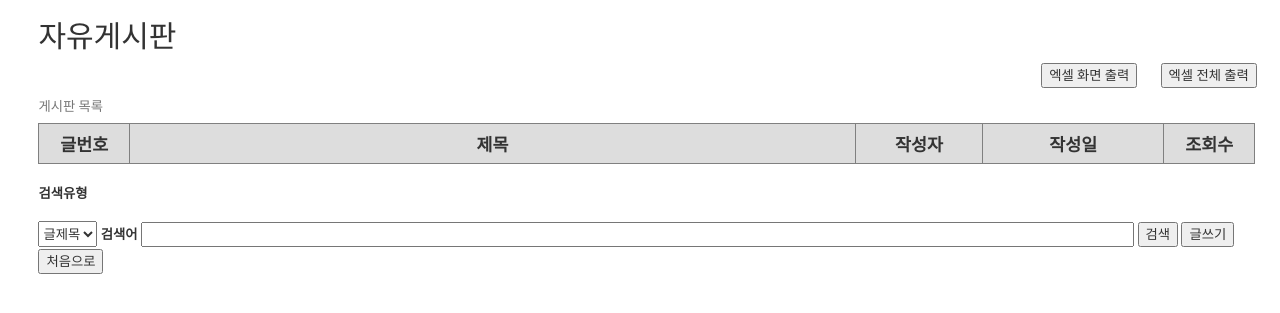
Repository: sser98/bowtech
Page: http://localhost/Board/WEB-INF/views/tiles1/board/list.jsp
The author's editor kept a copy of each file at every save. The page is drawn from the files as they stood at one save, then again after the next save.
The browser window is 1280 px wide. The pictures show the whole page.
The page is served by Tomcat 9. Nobody is signed in. Other server files are loaded and not shown. The template is opened directly, without the code that normally fills it, so the values that code supplies are empty.

Above is the page before, as saved 2021-03-09 09:24:11.

### Board/src/main/webapp/WEB-INF/views/tiles1/board/list.jsp
<%@ page language="java" contentType="text/html; charset=UTF-8"
    pageEncoding="UTF-8"%>

<%@ taglib prefix="c" uri="http://java.sun.com/jsp/jstl/core" %>
<%@ taglib prefix="fmt" uri="http://java.sun.com/jstl/fmt" %>
<%@ taglib prefix="fn" uri="http://java.sun.com/jsp/jstl/functions" %>
<% String ctxPath = request.getContextPath(); %>

  <script src="https://ajax.googleapis.com/ajax/libs/jquery/3.5.1/jquery.min.js"></script>
  <script src="https://maxcdn.bootstrapcdn.com/bootstrap/3.4.1/js/bootstrap.min.js"></script>
  <link rel="stylesheet" href="https://maxcdn.bootstrapcdn.com/bootstrap/3.4.1/css/bootstrap.min.css">

<style type="text/css">

	* {
		font-family: "제주고딕";
		font-size: 10pt;
	}

	th {
		font-size: 13pt;
	}

	td {
		font-family: "제주고딕";
		font-size: 10pt;
	}

   table, th, td {border: solid 1px gray;}


    #table {width: 98%; border-collapse: collapse;}
    #table th, #table td {padding: 5px;}
    #table th {background-color: #DDD;}
    .subjectStyle {font-weight: bold;
                   color: navy;
                   cursor: pointer;}


    #searchWord {
    	width: 80%;
    }

    tr {
    	height: 30pt;
    }

    div#mycontent {
	    min-height: 600px;
	    padding-top: 20px;
    }

</style>

<script type="text/javascript">

   $(document).ready(function(){


      $("span.subject").bind("mouseover", function(event){
         var $target = $(event.target);
         $target.addClass("subjectStyle");

      });


      $("span.subject").bind("mouseout", function(event){
         var $target = $(event.target);
         $target.removeClass("subjectStyle");
      });


      $("input#searchWord").keyup(function(event){
         if(event.keyCode == 13) {
            // 엔터를 했을 경우
            goSearch();
         }

      });

      $("div#displayList").hide();

     // === #107. 검색어 입력시 자동글 완성하기 2 === //
      $("div#displayList").hide();
      $("input#searchWord").keyup(function(){

         var wordLength = $(this).val().length;
         // 검색어의 길이를 알아온다.

         if(wordLength == 0) {
            $("div#displayList").hide();
            // 검색어 입력후 백스페이스키를 눌러서 검색어를 모두 지우면 검색된 내용이 안 나오도록 해야 한다.
         }

         else {
            $.ajax({
               url:"<%= request.getContextPath()%>/wordSearchShow.action",
               type:"GET",
               data:{"searchType":$("select#searchType").val()
                   ,"searchWord":$("input#searchWord").val()},
               dataType:"JSON",
               success:function(json){
                  // === #112. 검색어 입력시 자동글 완성하기 7 === //
                  if(json.length > 0) {
                     // 검색된 데이터가 있는 경우임.

                     var html = "";

                     $.each(json, function(index, item){
                        var word = item.word;
                        var index = word.toLowerCase().indexOf($("input#searchWord").val().toLowerCase());
                        var len = $("input#searchWord").val().length;
                        var result = "<span style='color:blue;'>"+word.substr(0, index)+"</span><span style='color:red;'>"+word.substr(index, len)+"</span><span style='color:blue;'>"+word.substr(index+len)+"</span>";
                        html += "<span style='cursor:pointer;' class='result'>"+result+"</span><br>";
                     });

                     $("div#displayList").html(html);
                     $("div#displayList").show();

                  }
               },

               error: function(request, status, error){
                  alert("code: "+request.status+"\n"+"message: "+request.responseText+"\n"+"error: "+error);
                }
            });
         }

      });// end of $("input#searchWord").keyup()-----------------


     // === #113. 검색어 입력시 자동글 완성하기 8 === //
      $(document).on("click",".result",function(){
         var word = $(this).text();
         $("input#searchWord").val(word); // 텍스트박스에 검색된 결과의 문자열을 입력해준다.
         $("div#displayList").hide();
         goSearch();
      });



      // 검색시 검색조건 및 검색어 값 유지시키기
      if( ${not empty paraMap} ) {  // 또는 if( ${paraMap != null} ) {
         $("select#searchType").val("${paraMap.searchType}");
         $("input#searchWord").val("${paraMap.searchWord}");
      }




	   ///// === Excel 파일로 다운받기 시작 === /////
	   $("button#btnAllExcel").click(function(){


		   alert("AllExcel을 클릭 하였습니다.");
		   var frm = document.searchFrm;
		   frm.method = "POST";
		   frm.action = "<%= request.getContextPath()%>/downloadExcelFile.action";
		   frm.submit();
	   });

	   ///// === Excel 파일로 다운받기 끝 === /////

	   ///// === Excel 파일로 다운받기 시작 === /////
	   $("button#btnPageExcel").click(function(){

		   $("input#downLoadType").val("Y");
		   alert("PageExcel을 클릭 하였습니다.");
		   var frm = document.searchFrm;
		   frm.method = "POST";
		   frm.action = "<%= request.getContextPath()%>/downloadExcelFile.action";
		   frm.submit();

		   $("input#downLoadType").val("");
	   });

	   ///// === Excel 파일로 다운받기 끝 === /////

   });// end of $(document).ready(function(){})-------------------


   function goView(seq) {

      // === #124. 페이징 처리되어진 후 특정 글제목을 클릭하여 상세내용을 본 이후
      //           사용자가 목록보기 버튼을 클릭했을때 돌아갈 페이지를 알려주기 위해
      //           현재 페이지 주소를 뷰단으로 넘겨준다.
      var frm = document.goViewFrm;
      frm.seq.value = seq;

      var word=$("input#searchWord").val();
      var type=$("select#searchType").val();

      $("input[name=type]").val(type);
      $("input[name=word]").val(word);

      frm.method = "GET";
      frm.action = "<%= ctxPath%>/view.action";
      frm.submit();

   }// end of function goView(seq){}----------------------------------------------


   function goSearch() {
      var frm = document.searchFrm;
      frm.method = "GET";
      frm.action = "<%= request.getContextPath()%>/list.action";
      frm.submit();
   }// end of function goSearch() {}-----------------------


   function Write() {

	   location.href="<%=ctxPath%>/add.action";
   }


   function list() {

	   location.href="<%=ctxPath%>/list.action";
   }








</script>


<div style="padding-left: 3%;">
   <h2 style="margin-top: 20px;">자유게시판</h2>
   	<button id="btnAllExcel" title="엑셀 화면 출력" style="float: right; margin-right: 17.4pt;">엑셀 전체 출력</button>
   	<button id="btnPageExcel" title="엑셀 전체 출력" style="float: right; margin-right: 17.4pt;">엑셀 화면 출력</button>
   <table summary="최신글 순서대로 나열되어 있는 글 제목과 작성자가 표시된 게시판 표"  id="table">
   	<caption>게시판 목록</caption>


      <tr>

         <th scope="rowgroup" class="number" style="width: 50px;  text-align: center;">글번호</th>
         <th scope="rowgroup" class="title"  style="width: 400px; text-align: center;">제목</th>
         <th scope="rowgroup" class="author" style="width: 70px;  text-align: center;">작성자</th>
         <th scope="rowgroup" class="registerdate" style="width: 100px; text-align: center;">작성일</th>
         <th scope="rowgroup" class="viewcount" style="width: 50px;  text-align: center;">조회수</th>
      </tr>



      <c:forEach var="boardvo" items="${boardList}" varStatus="i">

	      <c:set var="subjectVal" value="${boardvo.subject}"/>
	      <c:set var="date" value="${boardvo.regDate}"/>
	      <c:set var="status" value="${boardvo.status}"/>
	      <c:set var="m" value="${i.index}"/>
	      <c:set var="num" value="${number-m}"/>

        <%-- === 글이 삭제된 경우 === --%>
        <c:choose>
	        <c:when test="${boardvo.status == 0}">
	        	<tr>
            	<td align="center">${num}</td>
	          	<td align="left">

	               <%-- 답변글이 아닌 원글인 경우 --%>
	               <c:if test="${boardvo.depthno == 0}">
							<span class="subject" style="color: gray;">작성자에 의해 삭제된 글입니다.</span>
	               </c:if>

	               <%-- 답변글인 경우 --%>
	               <c:if test="${boardvo.depthno > 0}">
	                  <span class="subject" style="color: gray;"><span style=" font-style: italic; padding-left: ${boardvo.depthno * 20}px;">└Re&nbsp;</span>작성자에 의해 삭제된 글입니다.</span>
	               </c:if>
	            </td>

	             <%-- === 댓글쓰기 및 답변형 및 파일첨부가 있는 게시판 끝 === --%>
			     <td align="center"><c:out value="${boardvo.name}"></c:out></td>
			     <td align="center">${fn:substring(date,0,10)}</td>
			     <td align="center">${boardvo.readCount}</td>
			  </tr>
	      	 </c:when>

	      	 <c:otherwise>
	      		<tr>
            	<td align="center">${num}</td>
	          	<td align="left">

			          <%-- === 댓글쓰기 및 답변형 및 파일첨부가 있는 게시판 시작 === --%>

			          <%-- 첨부파일이 없는 경우 --%>
			          <c:if test="${boardvo.fileName eq '0'}">
			               <%-- 답변글이 아닌 원글인 경우 --%>
			               <c:if test="${boardvo.depthno == 0}">
			                  <c:if test="${boardvo.commentCount > 0}">
									<span class="subject" onclick="goView('${boardvo.seq}')"><c:out value="${subjectVal}"></c:out><span style="vertical-align: super;">[<span style="color: red; font-size: 9pt; font-style: italic; font-weight: bold;">${boardvo.commentCount}</span>]</span> </span>
			                  </c:if>

			                  <c:if test="${boardvo.commentCount == 0}">

			                  	<c:choose>
			                  	<c:when test="${fn:length(subjectVal) > 60}">
			                  		<span class="subject" onclick="goView('${boardvo.seq}')"><c:out value=" ${fn:substring(subjectVal,0,60)}..."></c:out> </span>
			                  	</c:when>

			                  	<c:otherwise>
			                  		<span class="subject" onclick="goView('${boardvo.seq}')"><c:out value="${boardvo.subject}"></c:out></span>
			                  	</c:otherwise>
			                  	</c:choose>
			                </c:if>
			          </c:if>


			               <%-- 답변글인 경우 --%>
			               <c:if test="${boardvo.depthno > 0}">

			                  <c:if test="${boardvo.commentCount > 0}">
			                  <span class="subject" onclick="goView('${boardvo.seq}')"><span style="color: red; font-style: italic; padding-left: ${boardvo.depthno * 20}px;">└Re&nbsp;</span>${boardvo.subject} <span style="vertical-align: super;">[<span style="color: red; font-size: 9pt; font-style: italic; font-weight: bold;">${boardvo.commentCount}</span>]</span> </span>
			                  </c:if>

			                  <c:if test="${boardvo.commentCount == 0}">
			                  <span class="subject" onclick="goView('${boardvo.seq}')"><span style="color: red; font-style: italic; padding-left: ${boardvo.depthno * 20}px;">└Re&nbsp;</span>${boardvo.subject}</span>
			                  </c:if>
			               </c:if>
			          </c:if>


			          <%-- 첨부파일이 있는 경우 --%>
			          <c:if test="${boardvo.fileName ne '0'}">

			               <%-- 답변글이 아닌 원글인 경우 --%>
			               <c:if test="${boardvo.depthno == 0}">

			                  <c:if test="${boardvo.commentCount > 0}">

			                  <span class="subject" onclick="goView('${boardvo.seq}')">${boardvo.subject} <span style="vertical-align: super;">[<span style="color: red; font-size: 9pt; font-style: italic; font-weight: bold;">${boardvo.commentCount}</span>]</span> </span> &nbsp;<img alt="첨부파일이 있는 글" src="<%= request.getContextPath()%>/resources/images/disk.gif" />
			                  </c:if>
			                  <c:if test="${boardvo.commentCount == 0}">
			                  <span class="subject" onclick="goView('${boardvo.seq}')">${boardvo.subject}</span> &nbsp;<img alt="첨부파일이 있는 글" src="<%= request.getContextPath()%>/resources/images/disk.gif" />
			                  </c:if>
			               </c:if>

			               <%-- 답변글인 경우 --%>
			               <c:if test="${boardvo.depthno > 0}">
			                  <c:if test="${boardvo.commentCount > 0}">
			                  <span class="subject" onclick="goView('${boardvo.seq}')"><span style="color: red; font-style: italic; padding-left: ${boardvo.depthno * 20}px;">└Re&nbsp;</span>${boardvo.subject} <span style="vertical-align: super;">[<span style="color: red; font-size: 9pt; font-style: italic; font-weight: bold;">${boardvo.commentCount}</span>]</span> </span> &nbsp;<img alt="첨부파일이 있는 글" src="<%= request.getContextPath()%>/resources/images/disk.gif" />
			                  </c:if>

			                  <c:if test="${boardvo.commentCount == 0}">
			                  <span class="subject" onclick="goView('${boardvo.seq}')"><span style="color: red; font-style: italic; padding-left: ${boardvo.depthno * 20}px;">└Re&nbsp;</span>${boardvo.subject}</span> &nbsp;<img alt="첨부파일이 있는 글" src="<%= request.getContextPath()%>/resources/images/disk.gif" />
			                  </c:if>
			               </c:if>
			          </c:if>


			     </td>
			     		<%-- === 댓글쓰기 및 답변형 및 파일첨부가 있는 게시판 끝 === --%>
			            <td align="center"><c:out value="${boardvo.name}"></c:out></td>
			            <td align="center">${fn:substring(date,0,10)}</td>
			            <td align="center">${boardvo.readCount}</td>
			  </tr>
			 </c:otherwise>
      	</c:choose>
      </c:forEach>
   </table>

   <%-- === #122. 페이지바 보여주기 === --%>
   <div align="center" style="width: 70%; border: solid 0px gray; margin: 20px auto;">
      ${pageBar}
   </div>


   <%-- ~~~~~~~~~~~~~~~~~~~~~~~~~~~~~~~~~~~~~~~~~~~~~~~~~~~
             페이징 처리되어진 후 특정 글제목을 클릭하여 상세내용을 본 이후
        사용자가 목록보기 버튼을 클릭했을때 돌아갈 페이지를 알려주기 위해
        현재 페이지 주소를 뷰단으로 넘겨준다. --%>


   <label for="searchType">검색유형</label>
   <form name="goViewFrm">
      <input type="hidden" name="seq" />
      <input type="hidden" name="gobackURL" style="width: 100%;" value="${gobackURL}"/>
   </form>

   <%-- === #101. 글검색 폼 추가하기 : 글제목, 글쓴이로 검색을 하도록 한다. === --%>
   <form name="searchFrm"  style="margin-bottom: 20px;">
      <select title="검색유형을 선택하세요" name="searchType" id="searchType" style="height: 26px;">
         <option value="subject" title="글제목" selected>글제목</option>
         <option value="name" title="글쓴이" >글쓴이</option>
      </select>

      <label for="searchWord">검색어</label>
      <input type="text" title="검색어 입력" name="searchWord" id="searchWord" size="40" autocomplete="off" />
      <input type="hidden" name="downLoadType" id="downLoadType"/>
      <button type="button" title="검색" onclick="goSearch();">검색</button>
      <button type="button" title="글쓰기 " onclick="Write();" >글쓰기</button>
      <button type="button" title="처음으로" onclick="list();" >처음으로</button>
   </form>

   <%-- === #106. 검색어 입력시 자동글 완성하기 1 === --%>
   <div id="displayList" style="border:solid 1px gray; border-top:0px; width:326px; height:100px; margin-left:70px; margin-top:-1px; overflow:auto;">
   </div>

</div>

After the next save:
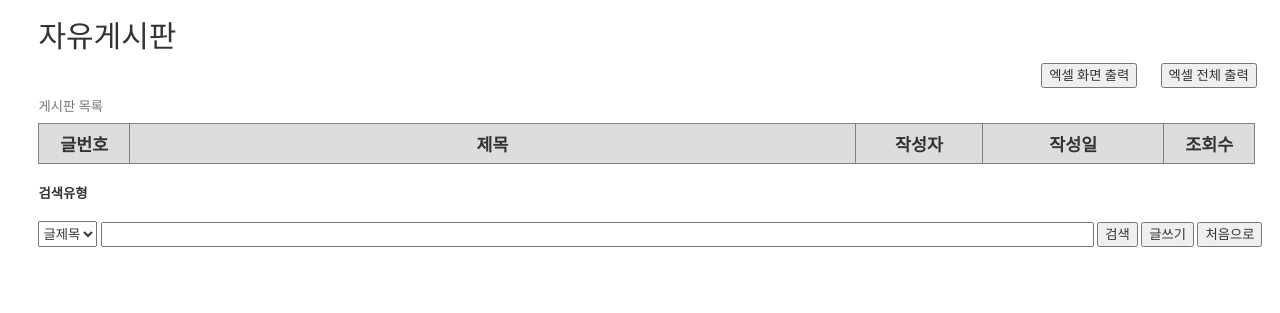
Saved 41 s later.
--- a/Board/src/main/webapp/WEB-INF/views/tiles1/board/list.jsp
+++ b/Board/src/main/webapp/WEB-INF/views/tiles1/board/list.jsp
@@ -389,7 +389,7 @@
          <option value="name" title="글쓴이" >글쓴이</option>
       </select>
 
-      <label for="searchWord">검색어</label>
+
       <input type="text" title="검색어 입력" name="searchWord" id="searchWord" size="40" autocomplete="off" />
       <input type="hidden" name="downLoadType" id="downLoadType"/>
       <button type="button" title="검색" onclick="goSearch();">검색</button>
